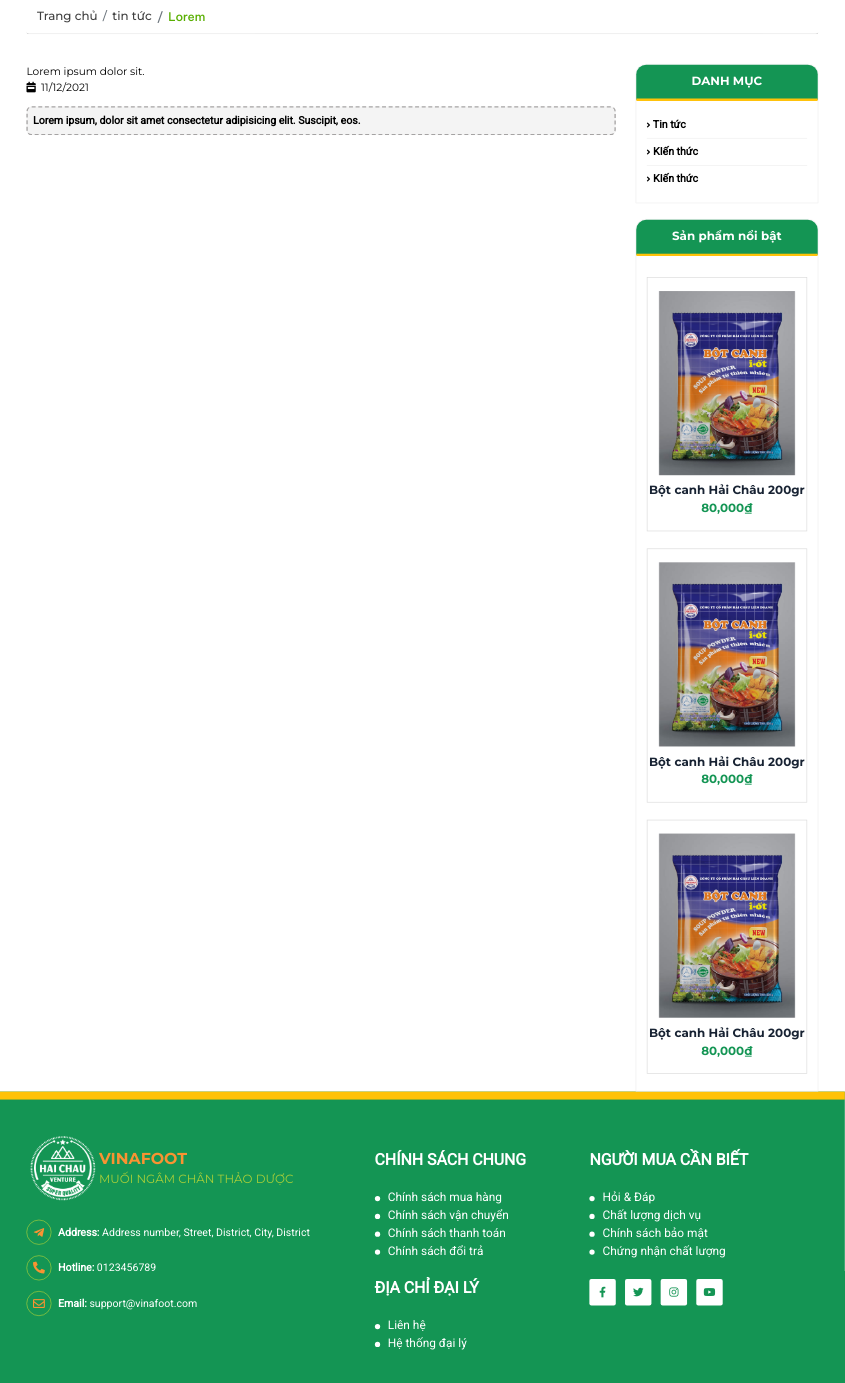
Repository: haianh12082001/VINAFOOT
Page: news-detail.html
The author's editor kept a copy of each file at every save. The page is drawn from the files as they stood at one save, then again after the next save.
The browser window is 1280 px wide. The pictures show the whole page, at 66% of full size.
Some web libraries are served in a nearby version.

Above is the page before, as saved 2021-12-12 19:58:12.

### news-detail.html
<!DOCTYPE html>
<html lang="en">
    <head>
        <meta charset="UTF-8" />
        <meta http-equiv="X-UA-Compatible" content="IE=edge" />
        <meta name="viewport" content="width=device-width, initial-scale=1.0" />
        <link href="https://fonts.googleapis.com/css2?family=Montserrat:wght@300;400;500;700;900&display=swap" rel="stylesheet" />
        <link href="https://fonts.googleapis.com/css?family=Roboto" rel="stylesheet" />
        <link href="https://fonts.googleapis.com/css2?family=Be+Vietnam+Pro:wght@500&display=swap" rel="stylesheet" />
        <link rel="stylesheet" href="./assets/fonts/fontawesome-free-5.15.3/css/all.min.css" />
        <link
            rel="stylesheet"
            href="https://cdn.jsdelivr.net/npm/bootstrap@4.6.0/dist/css/bootstrap.min.css"
            integrity="sha384-B0vP5xmATw1+K9KRQjQERJvTumQW0nPEzvF6L/Z6nronJ3oUOFUFpCjEUQouq2+l"
            crossorigin="anonymous"
        />
        <link rel="stylesheet" type="text/css" href="https://cdn.jsdelivr.net/npm/slick-carousel@1.8.1/slick/slick.css" />
        <link rel="stylesheet" href="./assets/css/app.css" />
        <title>Document</title>
    </head>
    <body>
        <div class="box-breadcrumb">
            <div class="container">
                <ul class="breadcrumb">
                    <li class="breadcrumb-item"><a href="">Trang chủ</a></li>
                    <li class="breadcrumb-item"><a href="">tin tức</a></li>
                    <li class="breadcrumb-item active">Lorem</li>
                </ul>
            </div>
        </div>
        <section class="news-detail">
            <div class="container">
                <div class="row">
                    <div class="col-lg-9">
                        <div class="title">Lorem ipsum dolor sit.</div>
                        <div class="date mb-3">
                            <i class="fas fa-calendar-week mr-1"></i>
                            11/12/2021
                        </div>
                        <div class="sapo-detail mb-2">Lorem ipsum, dolor sit amet consectetur adipisicing elit. Suscipit, eos.</div>
                        <div class="content-detail py-3"></div>
                    </div>
                    <div class="col-lg-3 mt-lg-0 mt-3">
                        <div class="box-side">
                            <div class="title">DANH MỤC</div>
                            <div class="body">
                                <ul class="menu-right">
                                    <li>
                                        <a href="">
                                            <i class="fas fa-angle-right"></i>
                                            Tin tức
                                        </a>
                                        <!-- <ul>
                                            <li>
                                                <a href="">
                                                    <i class="fas fa-arrow-right"></i>
                                                    Tin tức
                                                </a>
                                            </li>
                                        </ul> -->
                                    </li>
                                    <li>
                                        <a href="">
                                            <i class="fas fa-angle-right"></i>
                                            KIến thức
                                        </a>
                                    </li>
                                    <li>
                                        <a href="">
                                            <i class="fas fa-angle-right"></i>
                                            KIến thức
                                        </a>
                                    </li>
                                </ul>
                            </div>
                        </div>
                        <div class="box-side mt-lg-4 mt-3">
                            <div class="title">Sản phẩm nổi bật</div>
                            <div class="body">
                                <div class="row">
                                    <div class="mt-3 col-lg-12 col-6">
                                        <div class="product-item">
                                            <a href=""><img src="./assets/img/product/Rectangle 196.png" alt="" /></a>
                                            <div class="product-body">
                                                <a href=""> <div class="product-name">Bột canh Hải Châu 200gr</div></a>
                                                <div class="product-price">80,000₫</div>
                                            </div>
                                        </div>
                                    </div>
                                    <div class="mt-3 col-lg-12 col-6">
                                        <div class="product-item">
                                            <a href=""><img src="./assets/img/product/Rectangle 196.png" alt="" /></a>
                                            <div class="product-body">
                                                <a href=""> <div class="product-name">Bột canh Hải Châu 200gr</div></a>
                                                <div class="product-price">80,000₫</div>
                                            </div>
                                        </div>
                                    </div>
                                    <div class="mt-3 col-lg-12 col-6">
                                        <div class="product-item">
                                            <a href=""><img src="./assets/img/product/Rectangle 196.png" alt="" /></a>
                                            <div class="product-body">
                                                <a href=""> <div class="product-name">Bột canh Hải Châu 200gr</div></a>
                                                <div class="product-price">80,000₫</div>
                                            </div>
                                        </div>
                                    </div>
                                </div>
                            </div>
                        </div>
                    </div>
                </div>
            </div>
        </section>
        <div class="footer">
            <div class="line"></div>
            <div class="container">
                <div class="row py-5">
                    <div class="col-lg-5 col-12">
                        <div class="logo d-flex mb-lg-4">
                            <img src="./assets/img/logo-footer.png" alt="" />
                            <div class="d-flex flex-column justify-content-center">
                                <div class="company">vinafoot</div>
                                <div class="name">muối ngâm chân thảo dược</div>
                            </div>
                        </div>
                        <div class="d-flex flex-column">
                            <div class="item d-flex align-items-center mb-3">
                                <div class="icon"><i class="fab fa-telegram-plane"></i></div>
                                <span><b>Address:</b> Address number, Street, District, City, District</span>
                            </div>
                            <div class="item d-flex align-items-center mb-3">
                                <div class="icon"><i class="fas fa-phone-alt"></i></div>
                                <span><b>Hotline:</b> 0123456789</span>
                            </div>
                            <div class="item d-flex align-items-center mb-3">
                                <div class="icon"><i class="far fa-envelope"></i></div>
                                <span><b>Email:</b> support@vinafoot.com</span>
                            </div>
                        </div>
                    </div>
                    <div class="col-lg-4 px-lg-5 col-sm-6 order-sm-2">
                        <div class="title">Người mua cần biết</div>
                        <ul class="list">
                            <li>Hỏi & Đáp</li>
                            <li>Chất lượng dịch vụ</li>
                            <li>Chính sách bảo mật</li>
                            <li>Chứng nhận chất lượng</li>
                        </ul>
                        <div class="social d-flex">
                            <a href="">
                                <div class="social-icon">
                                    <i class="fab fa-facebook-f"></i>
                                </div>
                            </a>
                            <a href="">
                                <div class="social-icon">
                                    <i class="fab fa-twitter"></i>
                                </div>
                            </a>
                            <a href="">
                                <div class="social-icon">
                                    <i class="fab fa-instagram"></i>
                                </div>
                            </a>
                            <a href="">
                                <div class="social-icon">
                                    <i class="fab fa-youtube"></i>
                                </div>
                            </a>
                        </div>
                    </div>
                    <div class="col-lg-3 col-sm-6 order-sm-1">
                        <div class="col-12">
                            <div class="title">Chính sách chung</div>
                            <ul class="list">
                                <li>Chính sách mua hàng</li>
                                <li>Chính sách vận chuyển</li>
                                <li>Chính sách thanh toán</li>
                                <li>Chính sách đổi trả</li>
                            </ul>
                        </div>
                        <div class="col-12">
                            <div class="title">ĐỊa chỉ đại lý</div>
                            <ul class="list">
                                <li>Liên hệ</li>
                                <li>Hệ thống đại lý</li>
                            </ul>
                        </div>
                    </div>
                </div>
            </div>
        </div>
        <script type="text/javascript" src="https://code.jquery.com/jquery-1.11.0.min.js"></script>
        <script type="text/javascript" src="https://code.jquery.com/jquery-migrate-1.2.1.min.js"></script>
        <script
            src="https://cdnjs.cloudflare.com/ajax/libs/bootstrap/4.6.0/js/bootstrap.min.js"
            integrity="sha512-XKa9Hemdy1Ui3KSGgJdgMyYlUg1gM+QhL6cnlyTe2qzMCYm4nAZ1PsVerQzTTXzonUR+dmswHqgJPuwCq1MaAg=="
            crossorigin="anonymous"
            referrerpolicy="no-referrer"
        ></script>
        <script type="text/javascript" src="https://cdn.jsdelivr.net/npm/slick-carousel@1.8.1/slick/slick.min.js"></script>
        <script src="./assets/js/main.js"></script>
    </body>
</html>

Loaded but not shown: assets/fonts/fontawesome-free-5.15.3/css/all.min.css (library); assets/js/main.js (103 lines, source omitted); assets/css/app.css (2055 lines, source omitted)

After the next save:
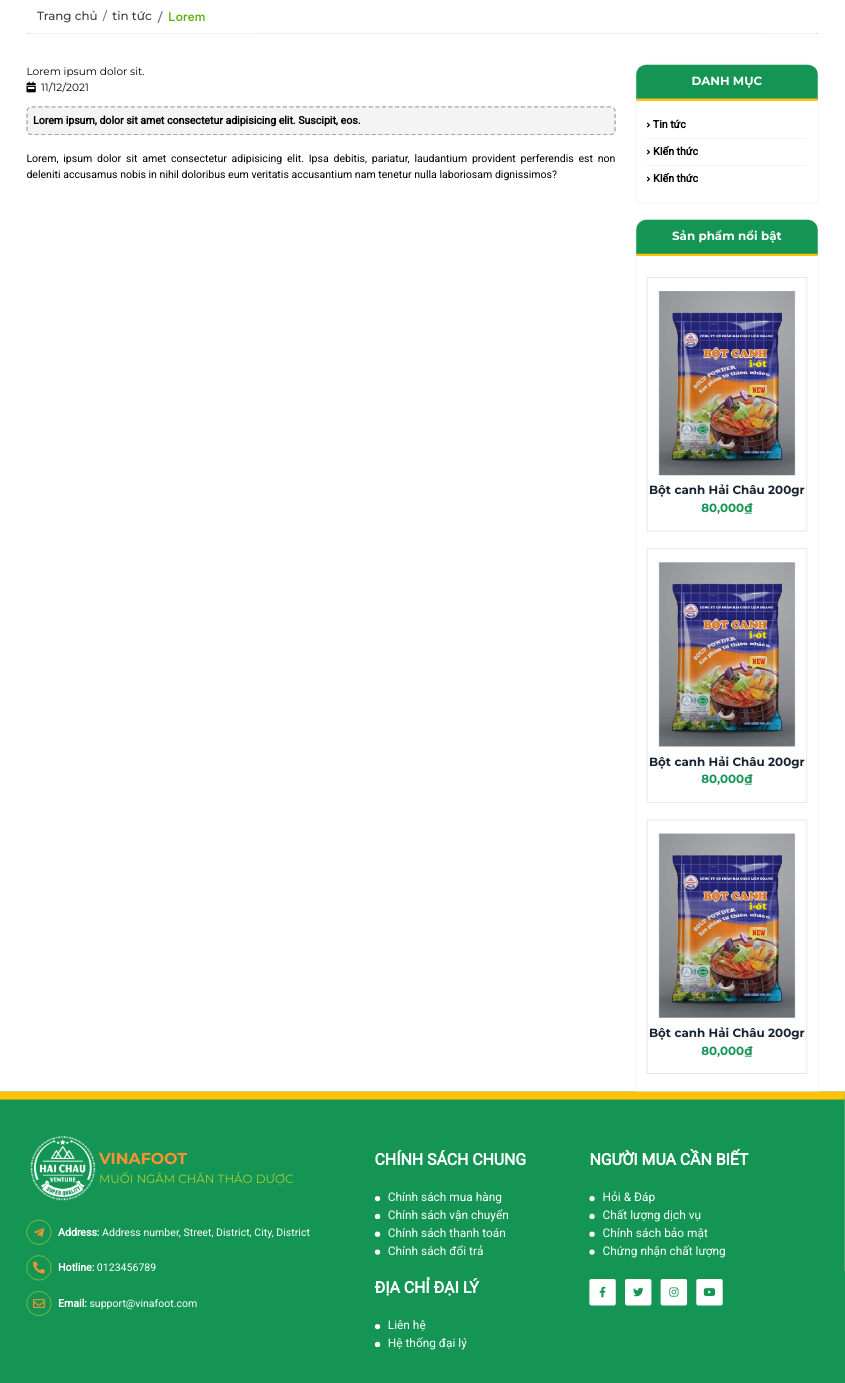
Saved 2 min 43 s later.
--- a/news-detail.html
+++ b/news-detail.html
@@ -38,7 +38,12 @@
                             11/12/2021
                         </div>
                         <div class="sapo-detail mb-2">Lorem ipsum, dolor sit amet consectetur adipisicing elit. Suscipit, eos.</div>
-                        <div class="content-detail py-3"></div>
+                        <div class="content-detail py-3">
+                            <p>
+                                Lorem, ipsum dolor sit amet consectetur adipisicing elit. Ipsa debitis, pariatur, laudantium provident perferendis est non
+                                deleniti accusamus nobis in nihil doloribus eum veritatis accusantium nam tenetur nulla laboriosam dignissimos?
+                            </p>
+                        </div>
                     </div>
                     <div class="col-lg-3 mt-lg-0 mt-3">
                         <div class="box-side">
